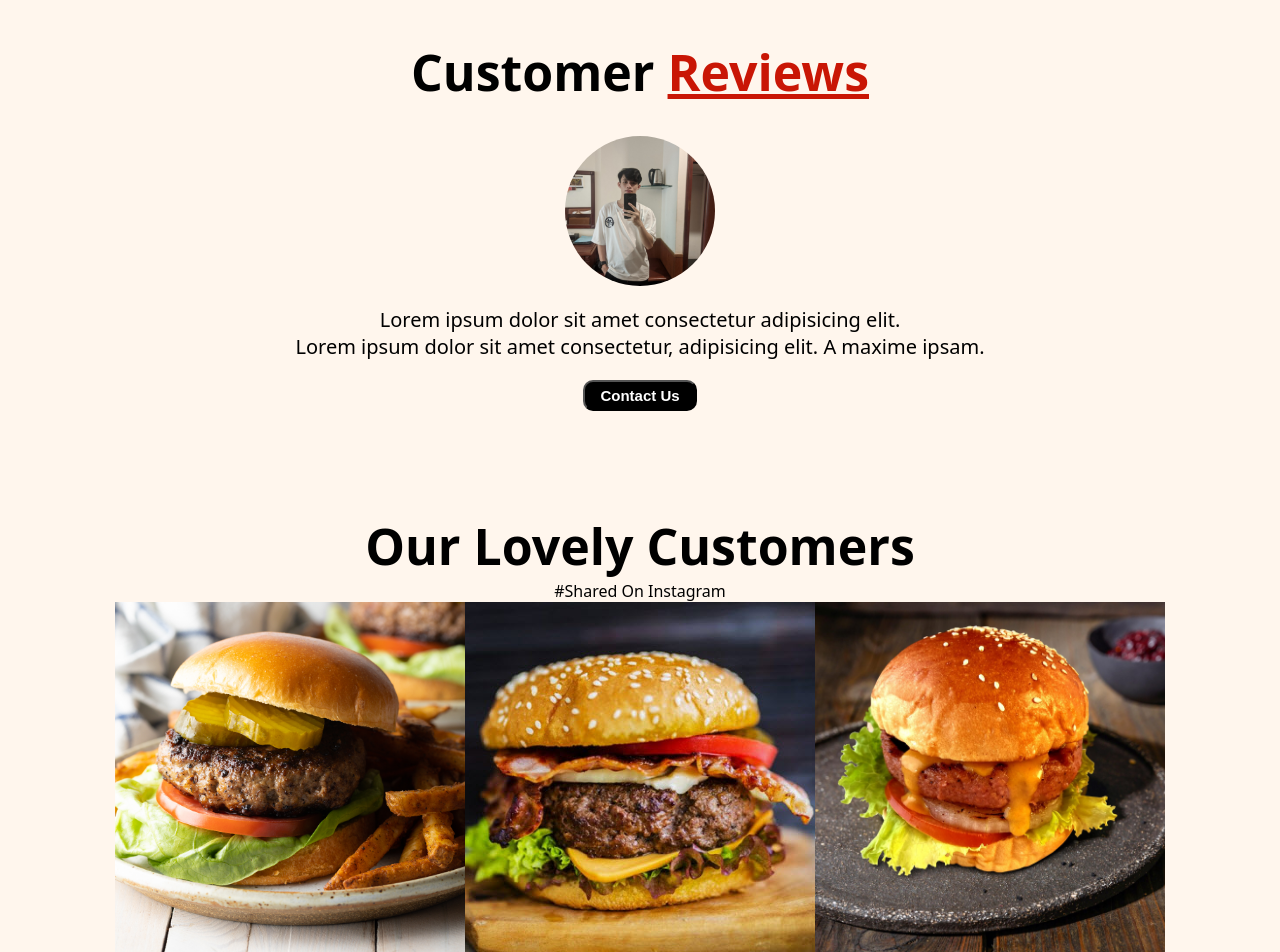
Repository: duc-thanh-2303/food
Page: index.html
An editor plug-in stored every save of this project. The page is shown before and after the next save, followed by the edit.
The browser window is 1280 px wide. The pictures show the part of the page from y = 2165 to 3117 px (the page is 3117 px tall).
A picture or video elsewhere on the page could not be fetched, so the positions and the page height are approximate.

Above is the page before, as saved 2022-11-29 16:16:59.

After the next save:
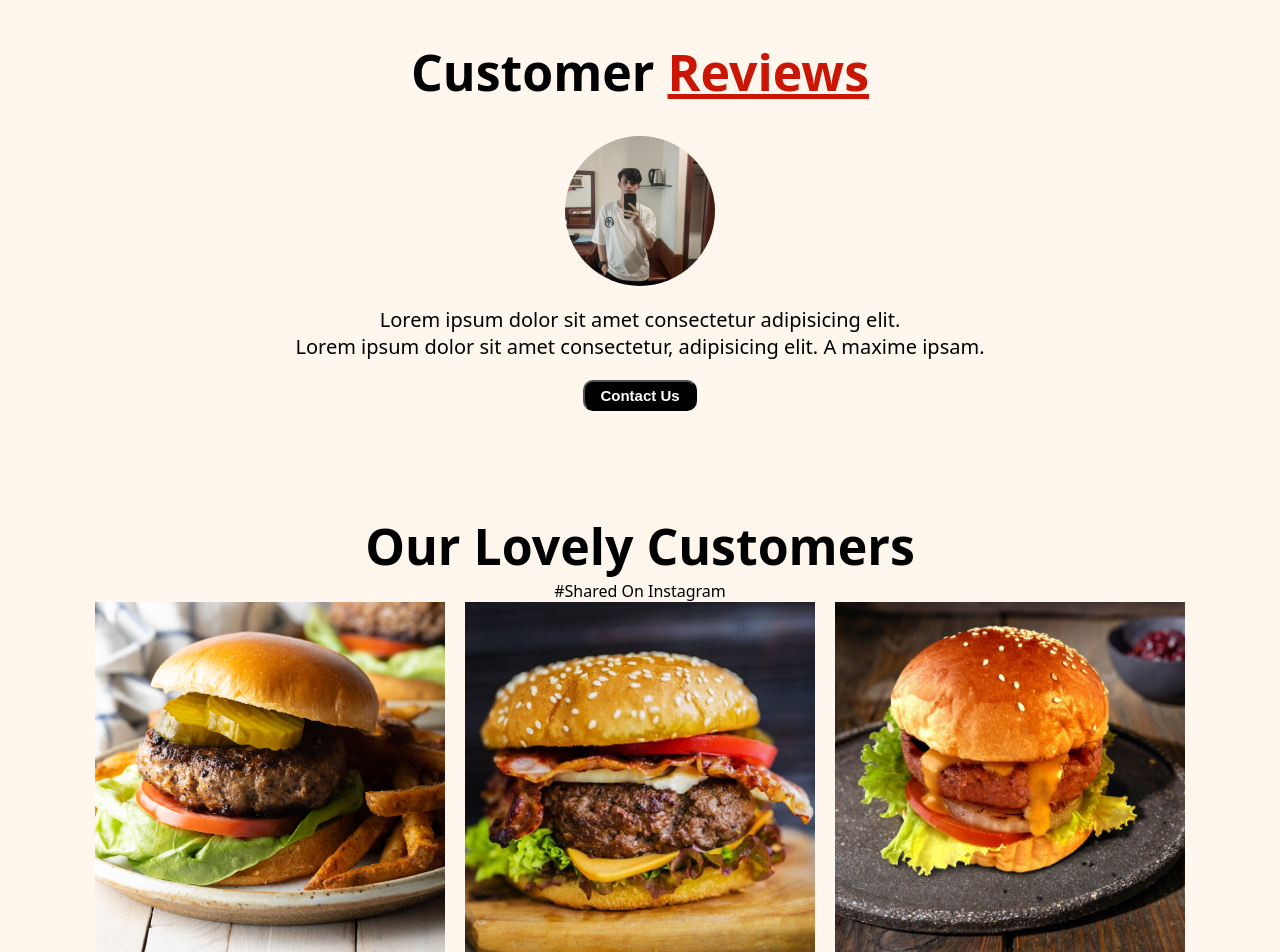
Saved 20 s later.
--- a/css/wrap.css
+++ b/css/wrap.css
@@ -199,4 +199,6 @@
     height: 350px;
     object-fit: cover;
     object-position: center;
-}
+    margin-left: 10px;
+    margin-right: 10px;
+}
